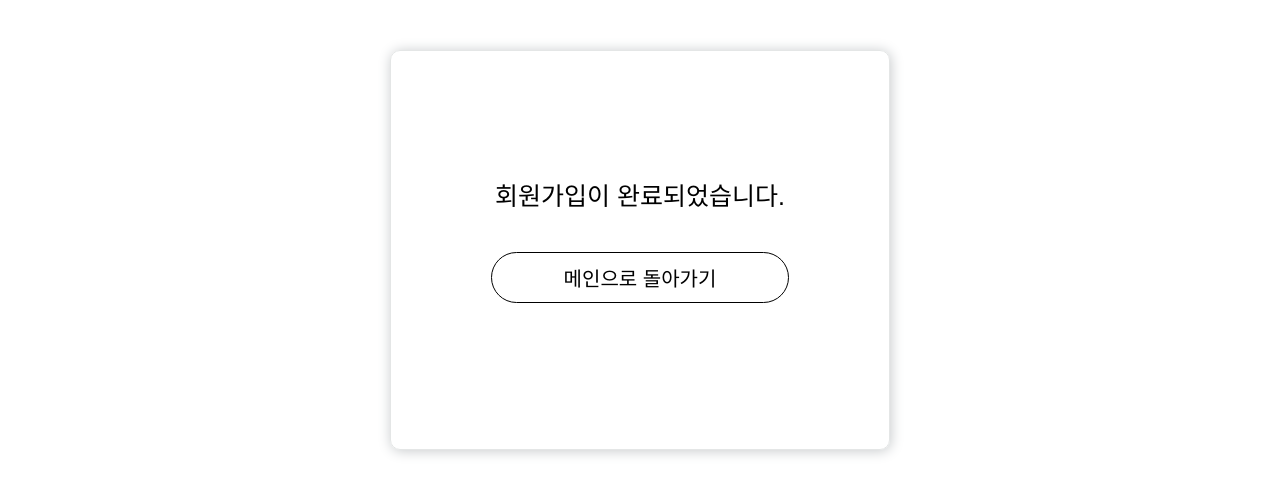
Repository: choidazzi/DDIT
Page: http://localhost/webpro/webproject/js/join.jsp
The author's editor kept a copy of each file at every save. The page is drawn from the files as they stood at one save, then again after a run of saves.
The browser window is 1280 px wide. The pictures show the whole page.
The pointer rests on the first visible `div a`.
Some web fonts or font styles are not loaded; a fallback is used. The page is served by Tomcat 9.

Above is the page before, as saved 2023-05-04 12:05:17.

### web programming/html/webpro/src/main/webapp/webproject/js/join.jsp
<%@ page language="java" contentType="text/html; charset=UTF-8"
    pageEncoding="UTF-8"%>
<!DOCTYPE html>
<html>
<head>
<meta charset="UTF-8">
<title>회원가입 성공</title>
<style>
@import
	url('https://cdn.rawgit.com/innks/NanumSquareRound/master/nanumsquareround.min.css')
	;
div {
	margin: 50px auto;
	text-align: center;
	border: 1px solid #e4e6e6;
	box-shadow: 1px 1px 13px #c6c9cb;
	border-radius: 10px;
	width: 500px;
	height: 400px;
	font-family: 'NanumSquareRound', sans-serif;
	padding: 100px;
	box-sizing: border-box;
}
div p {
	font-size: 25px;
}

div a{
	display: block;
	font-size: 20px;
	text-decoration: none;
	border-radius: 50px;
	border: 1px solid #000;
	color: #000;
	padding: 10px;
	margin-top: 40px;
}
</style>
</head>
<body>
	<div>
		<p>회원가입이 완료되었습니다.</p>
		<a href="../sing.html">메인으로 돌아가기</a>
	</div>
</body>
</html>

After the next 2 saves:
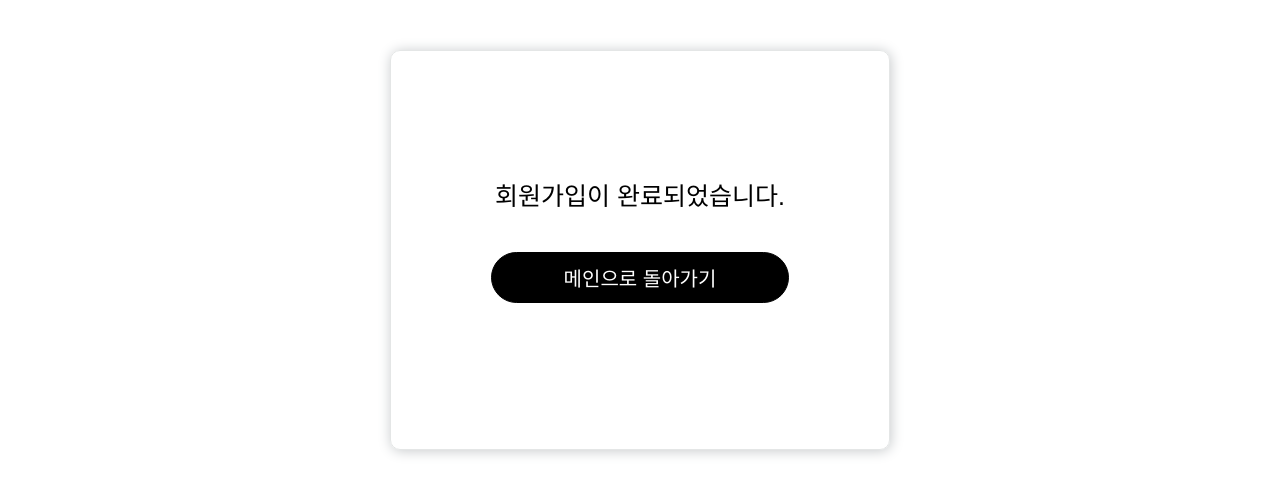
The 2 saves are shown as one change because they came seconds apart.
The last was saved 42 s later.
--- a/web programming/html/webpro/src/main/webapp/webproject/js/join.jsp
+++ b/web programming/html/webpro/src/main/webapp/webproject/js/join.jsp
@@ -35,6 +35,12 @@ div a{
 	padding: 10px;
 	margin-top: 40px;
 }
+
+div a:hover{
+	background: #000;
+	color: #fff;
+	transition: .5s;
+}
 </style>
 </head>
 <body>
